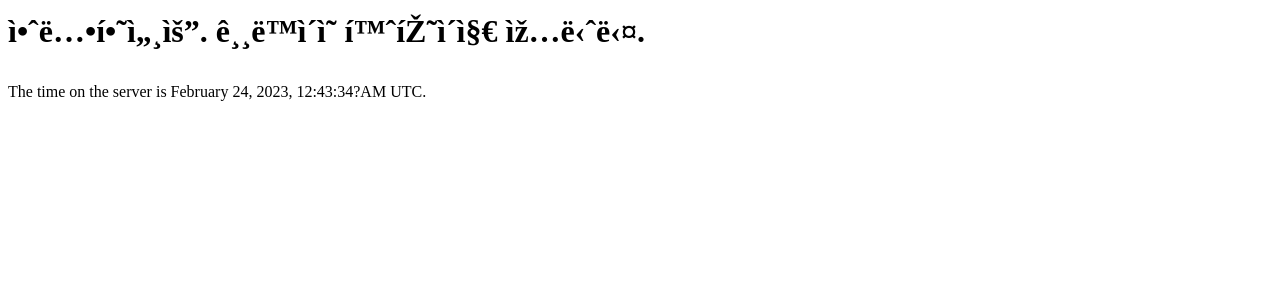
Repository: Parkdolodong/Backend
Page: http://localhost/j_spring_day01/
An editor plug-in stored every save of this project. The page is shown before and after the next save, followed by the edit.
The browser window is 1280 px wide. The pictures show the whole page.
The page is served by Tomcat 9. Other server files are loaded and not shown. The template is opened directly, without the code that normally fills it, so the values that code supplies are empty.

Above is the page before, as saved 2023-02-24 06:28:07.

### jsp_servlet/j_spring_day01/src/main/webapp/WEB-INF/views/home.jsp
<%@ page pageEncoding="ISO-8859-1" %>
<%@ taglib uri="http://java.sun.com/jsp/jstl/core" prefix="c" %>
<%@ page session="false" %>
<html>
<head>
	<title>Home</title>
</head>
<body>
<h1>
	안녕하세요. 길동이의 홈페이지 입니다.
</h1>

<P>  The time on the server is ${serverTime}. </P>
</body>
</html>

After the next save:
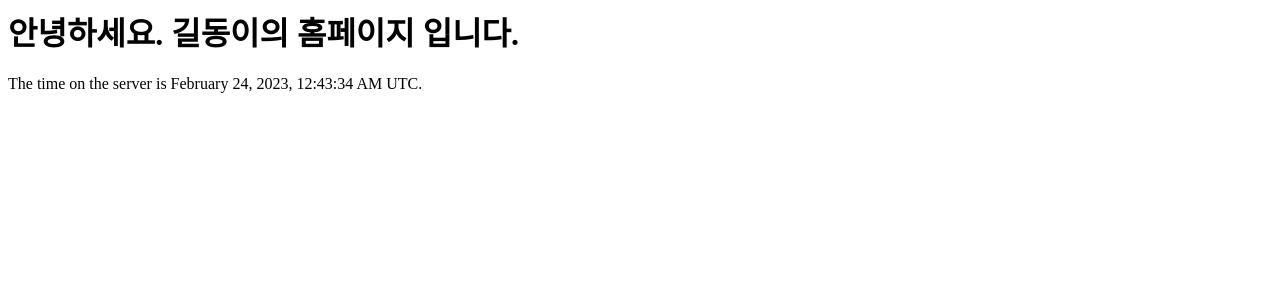
Saved 39 s later.
--- a/jsp_servlet/j_spring_day01/src/main/webapp/WEB-INF/views/home.jsp
+++ b/jsp_servlet/j_spring_day01/src/main/webapp/WEB-INF/views/home.jsp
@@ -1,4 +1,4 @@
-<%@ page pageEncoding="ISO-8859-1" %>
+<%@ page pageEncoding="UTF-8" %>
 <%@ taglib uri="http://java.sun.com/jsp/jstl/core" prefix="c" %>
 <%@ page session="false" %>
 <html>
